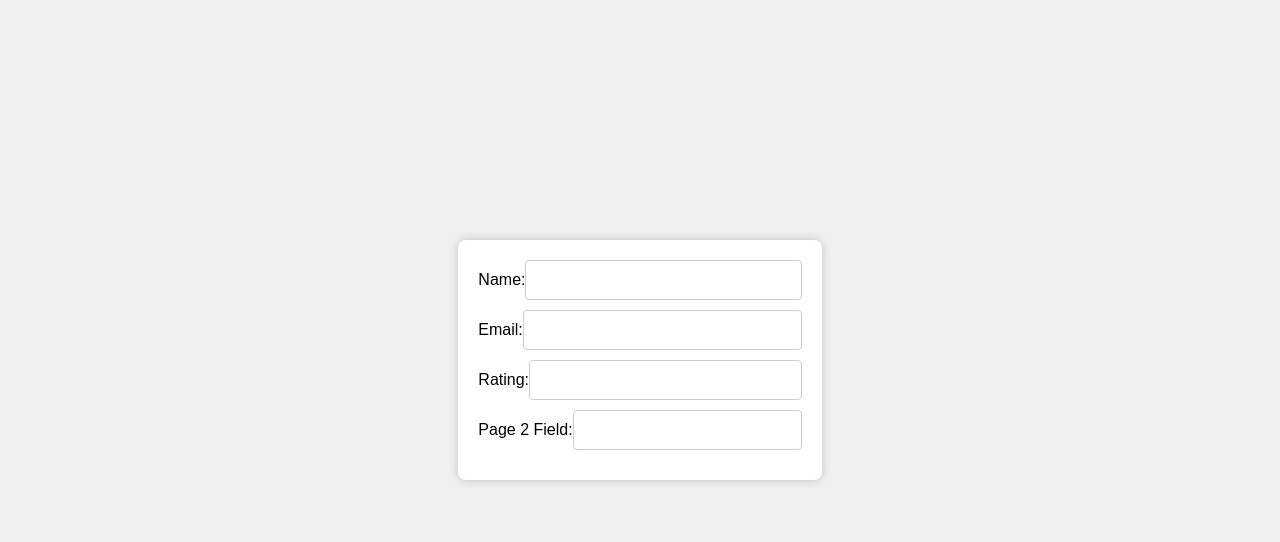
Repository: aya7abbal/Luxor-Customer-Form
Page: index2.html
An editor plug-in stored every save of this project. The page is shown before and after the next save, followed by the edit.
The browser window is 1280 px wide. The pictures show the whole page.

Above is the page before, as saved 2023-10-19 22:12:26.

After the next save:
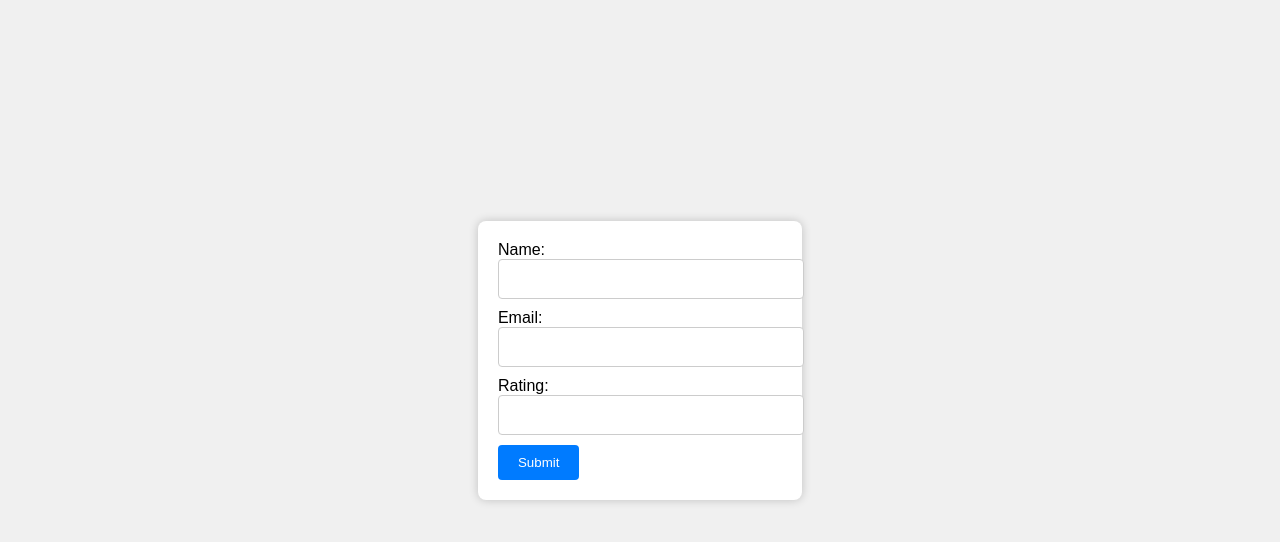
Saved 25 s later.
--- a/index2.html
+++ b/index2.html
@@ -24,20 +24,14 @@
 
         .form-step {
             margin-bottom: 10px;
-            display: flex;
-            align-items: center;
         }
 
         input {
-            flex: 1;
+            width: 100%;
             padding: 10px;
             border: 1px solid #ccc;
             border-radius: 4px;
             font-size: 16px;
-        }
-
-        input:focus {
-            transform: scale(1.1);
         }
 
         button {
@@ -65,24 +59,21 @@
                 <label for="rating">Rating:</label>
                 <input type="number" id="rating" name="rating">
             </div>
-            <div class="form-step">
-                <label for="page2-field">Page 2 Field:</label>
-                <input type="text" id="page2-field" name="page2-field">
-            </div>
             <!-- Add more fields as needed -->
+            <button type="submit">Submit</button>
         </form>
     </div>
 
     <script>
         const formSteps = document.querySelectorAll(".form-step input");
 
-        formSteps.forEach((input) => {
+        formSteps.forEach((input, index) => {
             input.addEventListener('keydown', (event) => {
-                if (event.key === 'Tab') {
+                if (event.key === 'Enter') {
                     event.preventDefault();
-                    const currentIndex = Array.from(formSteps).indexOf(input);
-                    const nextIndex = (currentIndex + 1) % formSteps.length;
-                    formSteps[nextIndex].focus();
+                    if (index + 1 < formSteps.length) {
+                        formSteps[index + 1].focus();
+                    }
                 }
             });
         });
